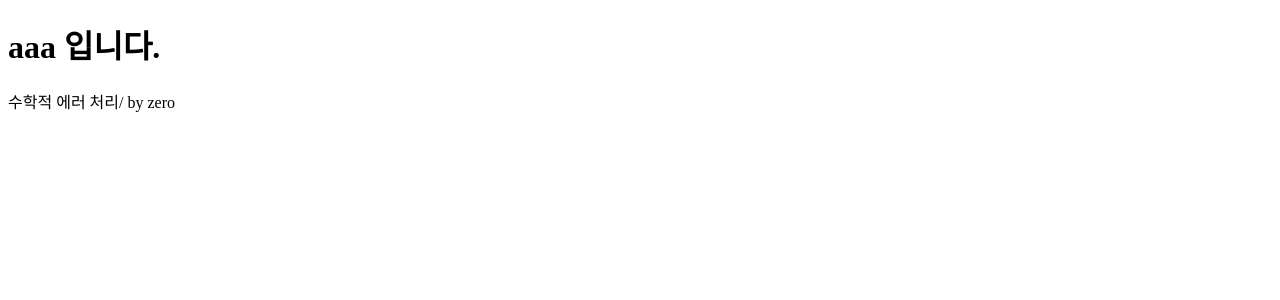
Repository: Jhoon0211/java_work
Page: http://localhost/jspProj/err/aaa.jsp
An editor plug-in stored every save of this project. The page is shown before and after the next save, followed by the edit.
The browser window is 1280 px wide. The pictures show the whole page.
The page is served by Tomcat 9. Nobody is signed in. The application's start-up code is not run.

Above is the page before, as saved 2023-07-26 01:09:32.

After the next save:
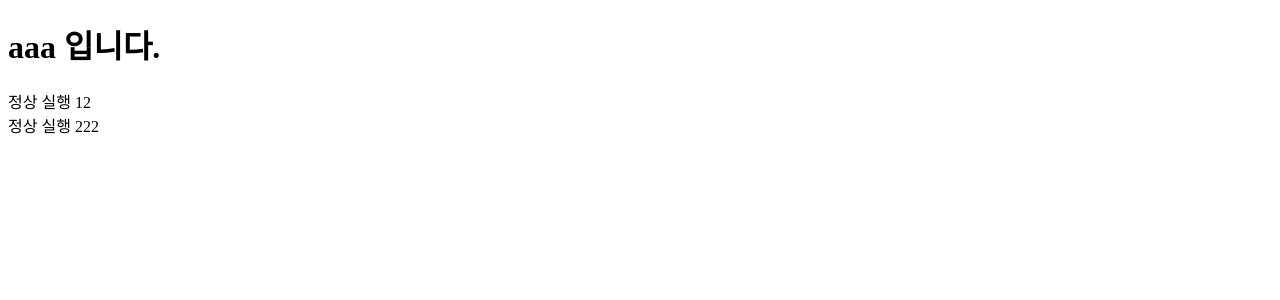
Saved 69 s later.
--- a/jspProj/src/main/webapp/err/aaa.jsp
+++ b/jspProj/src/main/webapp/err/aaa.jsp
@@ -10,9 +10,9 @@
 <h1>aaa 입니다.</h1>
 <%
 try{
-	int a = 10/0;
+	int a = 10/5;
 
-	out.println("정상 실행 1" + a);
+	out.println("정상 실행 1" + a + "<br/>");
 
 	int [] arr = {11,22,33,44};
 
